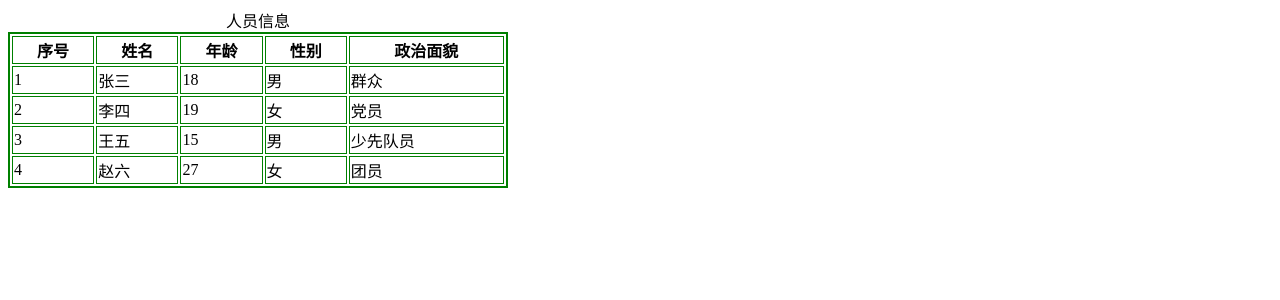
Repository: 123648923/html5-css3
Page: css/12 表格属性/02 表格属性.html
An editor plug-in stored every save of this project. The page is shown before and after the next save, followed by the edit.
The browser window is 1280 px wide. The pictures show the whole page.

Above is the page before, as saved 2023-11-06 16:20:15.

After the next save:
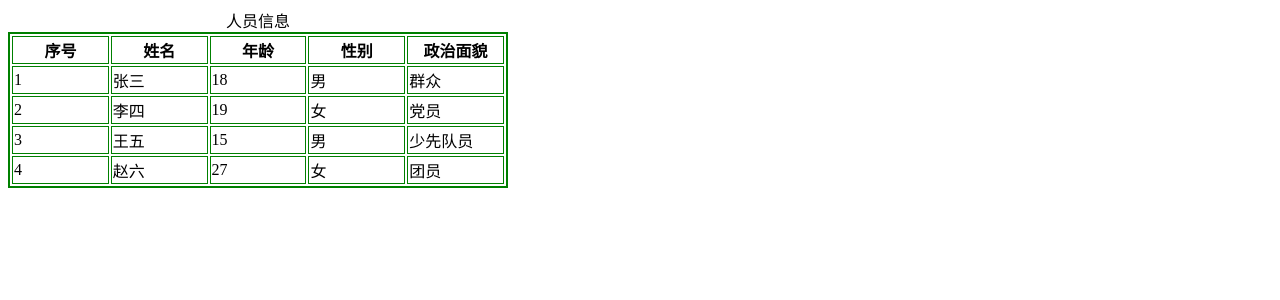
Saved 76 s later.
--- a/css/12 表格属性/02 表格属性.html
+++ b/css/12 表格属性/02 表格属性.html
@@ -8,6 +8,8 @@
         table {
             border: 2px green solid;
             width: 500px;
+            /* 控制表格列宽 */
+            table-layout: fixed;
         }
         td,th{
             border: 1px green solid;
